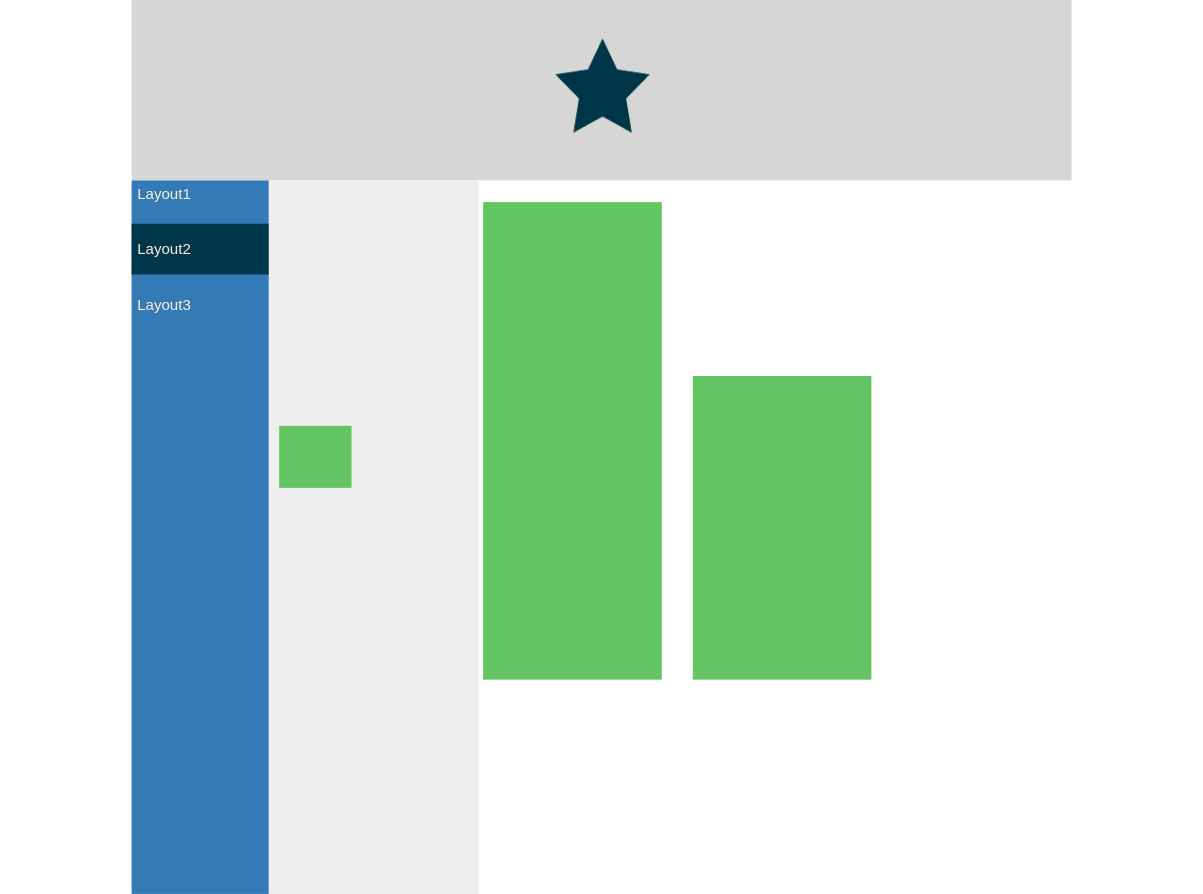
Repository: baliayassin/MyGame
Page: Documents/Aptana Studio 3 Workspace/homeWork2/layOut2.html
The author's editor kept a copy of each file at every save. The page is drawn from the files as they stood at one save, then again after the next save.
The browser window is 1280 px wide. The pictures show the whole page, at 94% of full size.

Above is the page before, as saved 2017-11-29 12:56:59.

### Documents/Aptana Studio 3 Workspace/homeWork2/layOut2.html
<!DOCTYPE html>
<html>

	<html>
	<head>

		<title> HomeWork2</title>
		<link rel="stylesheet" href="includes/style.css" />
		<meta charset="utf-8" />
	</head>


	<body id="wrapper2">
<main>
		<header>
	       <a href="layOut2.html"> </a>
        </header>
    <nav>
    		<ul>
					<li> <a href="index.html">Layout1 </a> </li>
					<li> <span><a href="layOut2.html">Layout2 </a> </span></li>
					<li><a href="#">Layout3 </a> </li>

				</ul>

    </nav>

    <aside>
    	<article></article>
    	</aside>

    	<section><article></article>

    		<article> </article>
    		 </section>

		</main>


		<footer>


			</footer>



	</body>


</html>

### Documents/Aptana Studio 3 Workspace/homeWork2/includes/style.css
*{
	margin:0px;
	padding: 0px;
}

main, nav, aside, footer, section, article, header {
	display:  block;

	/*border: 1px solid black;*/
}

#wrapper {
	margin: 0px auto;
	width: 1000px;
}
#wrapper header{

	height:192px;
	background: #d6d6d6;

}

#wrapper header a{

	width:102px;
	height:102px;
	background-image:url("../images/star.png");
	position:relative;
	display:block;
	margin:0px auto;
	top: 40px;
    background-repeat: no-repeat;


}


#wrapper nav {

	height: 62px;
	background: #337AB7;

}

#wrapper nav ul{

	list-style-type: none;
	text-decoration: none;
	margin-left: 45px;

}

#wrapper nav ul li{

	float:left;

}

#wrapper nav a{

	display: inline-block;
	text-decoration: none;
	color: #ffeedd;
	font-family: Arial;



}

#wrapper nav span a{

	background:#003748;
	margin:10px auto;
	padding:12px 90px;


}
#wrapper nav li > a{

	margin:20px 85px;

}
#wrapper section{
	direction:rtl;
	display: inline-block;
	margin-top: 100px;
	vertical-align: top;


}
#wrapper section article{

	display:block;
	background: #62C462;
	margin-right: 25px;
	margin-left: 32px;
	margin-top: 30px;
}

#wrapper section article:first-child{

	height:121px;
	width:699px;


}
#wrapper section article:nth-child(2){

	height: 200px;
	width: 699px;


}
#wrapper section article:nth-child(3){

	height: 125px;
	width: 186px;


}

#wrapper aside{

	background: #EEEEEE;
	height: 697px;
	width: 240px;
	display: inline-block;

}

#wrapper aside article{

	background: #62C462;
	width:185px;
	height:126px;
	position: relative;
	margin-top: 264px;
	margin-left: 45px;


}

#wrapper footer{

	height:52px;
	background: #D6D6D6;
	margin-top:-4px;

}










#wrapper2 {
	margin: 0px auto;
	width: 1000px;
}
#wrapper2 header{

	height:192px;
	background: #d6d6d6;

}

#wrapper2 header a{

	width:102px;
	height:102px;
	background-image:url("../images/star.png");
	position:relative;
	display:block;
	margin:0px auto;
    top: 40px;
    background-repeat: no-repeat;


}


#wrapper2 nav {

	width:146px;
	height: 759px;
	background: #337AB7;
    float:left;
    display: inline-block;
}




#wrapper2 nav ul {
	list-style-type: none;
}

#wrapper2 nav a{
	display: inline-block;
	text-decoration: none;
	color: #ffeedd;
	font-family: "Arial";
}

#wrapper2 nav li > a{
	margin-top: 6px;
	margin-bottom: 22px;
	margin-left: 6px;
}

#wrapper2 nav span a{
	background-color: #003748;
	padding-top: 18px;
	margin-bottom: 18px;
	padding-bottom: 18px;
	padding-left: 6px;
	width: 140px;
}


#wrapper2 aside{

	float:left;
	background-color: #eeeeee;
	width: 223px;
	height: 759px;
}

#wrapper2 aside article{

	background: #62C462;
	width:77px;
	height:66px;
	position: relative;
	margin-top: 261px;
	margin-left: 11px;


}


#wrapper2 section{

	display: inline-block;
	margin-top: 23px;



}

#wrapper2 section article:first-child{

	background:#62C462;
	margin-left:5px;
	height:508px;
	width:190px;
	display: inline-block;

}

#wrapper2 section article:nth-child(2){

	background:#62C462;
	margin-left:29px;
	height:323px;
	width:190px;
	display: inline-block;

}

After the next save:
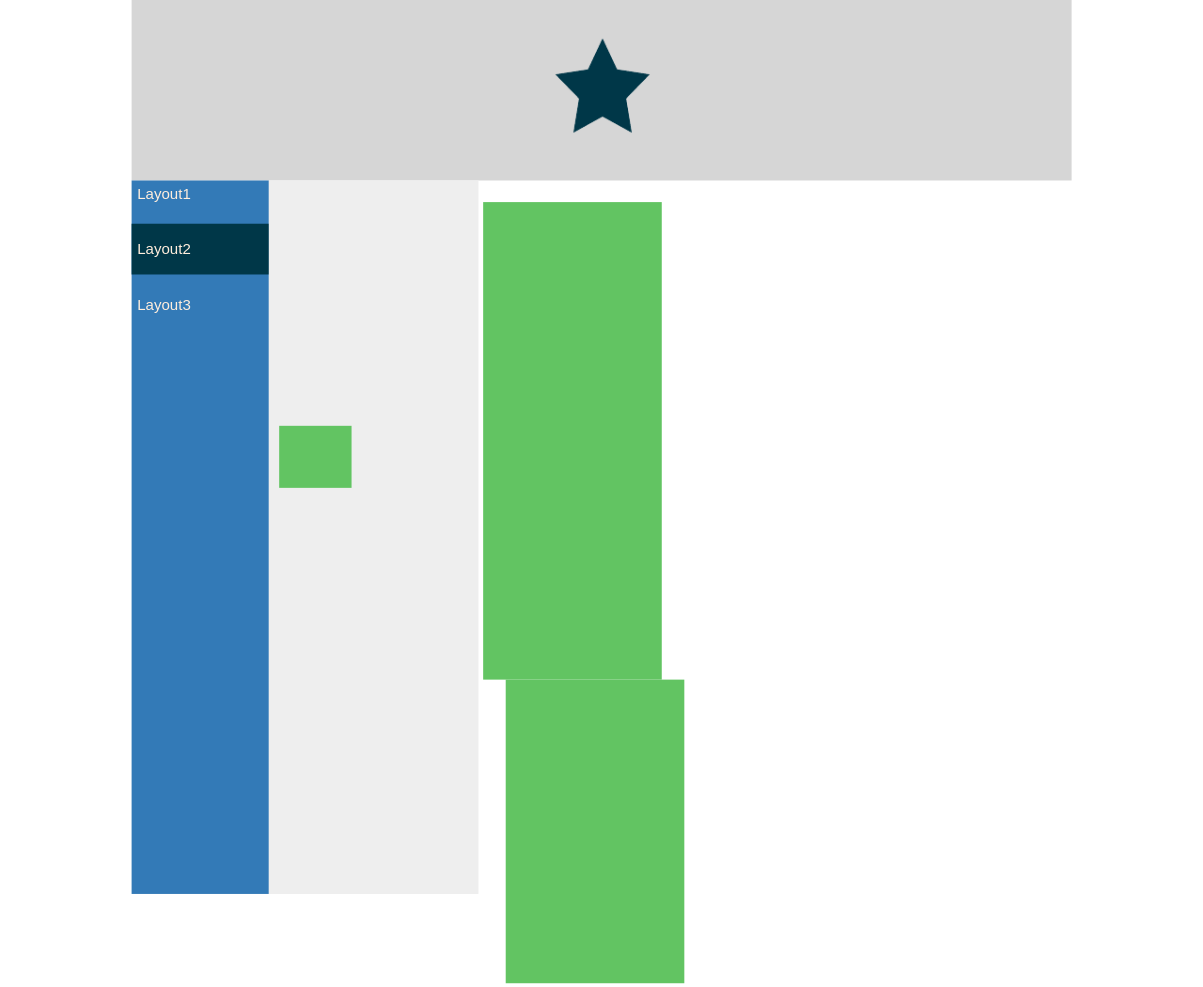
Saved 24 s later.
--- a/Documents/Aptana Studio 3 Workspace/homeWork2/includes/style.css
+++ b/Documents/Aptana Studio 3 Workspace/homeWork2/includes/style.css
@@ -258,7 +258,7 @@ main, nav, aside, footer, section, article, header {
 	margin-left:5px;
 	height:508px;
 	width:190px;
-	display: inline-block;
+
 
 }
 
@@ -268,6 +268,6 @@ main, nav, aside, footer, section, article, header {
 	margin-left:29px;
 	height:323px;
 	width:190px;
-	display: inline-block;
-
-}
+
+
+}
